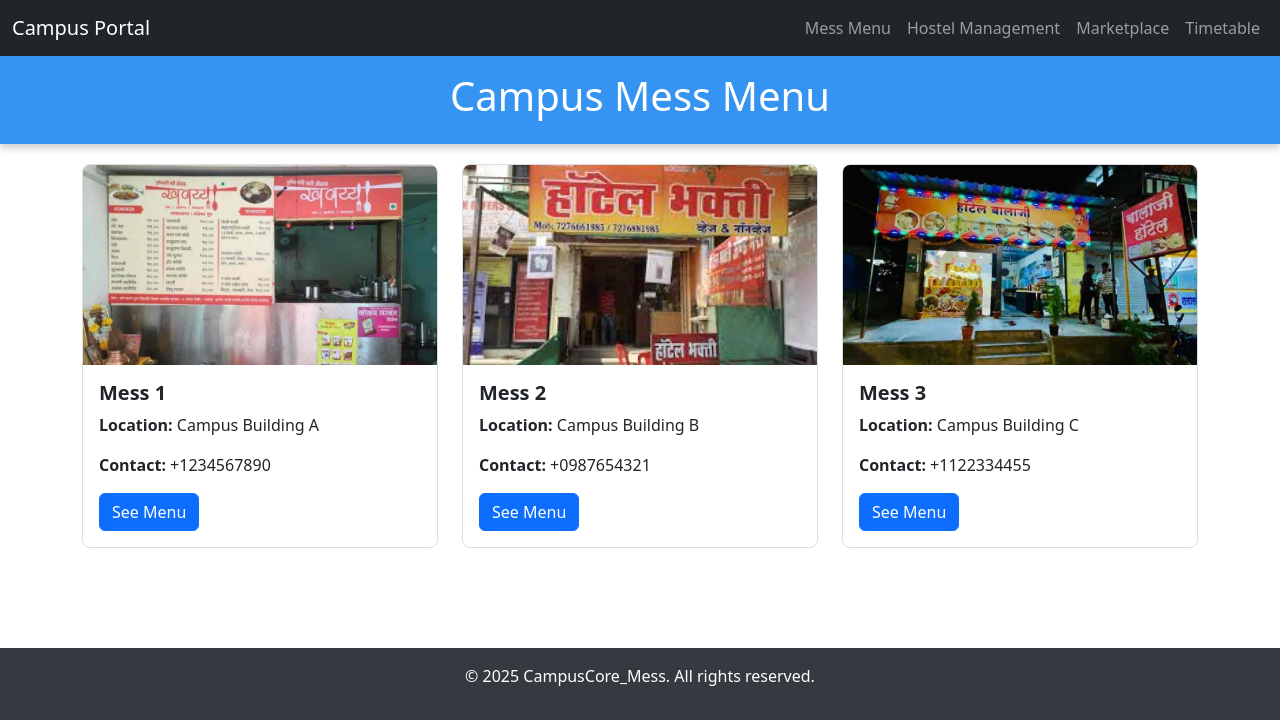
Repository: Pavanrajput123/Campus-Core
Page: http://localhost/Mess_menu
An editor plug-in stored every save of this project. The page is shown before and after the next save, followed by the edit.
The browser window is 1280 px wide. The pictures show the whole page.
The page is this project's Thymeleaf template; nobody is signed in. The template is opened directly, without the code that normally fills it, so the values that code supplies are empty.

Above is the page before, as saved 2025-04-12 07:12:49.

### student-management/src/main/resources/templates/Mess_menu.html
<!DOCTYPE html>
<html xmlns:th="http://www.thymeleaf.org" lang="en">
<head>
  <meta charset="UTF-8">
  <meta name="viewport" content="width=device-width, initial-scale=1.0">
  <title>Campus Mess Menu</title>
  <link href="https://cdn.jsdelivr.net/npm/bootstrap@5.3.0-alpha1/dist/css/bootstrap.min.css" rel="stylesheet">
  <style>
    html, body {
      height: 100%;
      margin: 0;
      display: flex;
      flex-direction: column;
    }

    main {
      flex: 1;
    }

    .mess-card {
      margin: 20px 0;
      border: 1px solid #ddd;
      border-radius: 8px;
      overflow: hidden;
    }

    .mess-card img {
      width: 100%;
      height: 200px;
      object-fit: cover;
    }

    .card-body h5 {
      font-weight: bold;
    }

    header {
      background-color: #3594f2;
      color: white;
      box-shadow: 0 4px 8px rgba(0, 0, 0, 0.2);
    }

    footer {
      background-color: #343a40;
      color: white;
      text-align: center;
      padding: 1rem;
    }
  </style>
</head>
<body>

  <!-- Navbar -->
  <nav class="navbar navbar-expand-lg navbar-dark bg-dark">
    <div class="container-fluid">
      <a class="navbar-brand" th:href="@{/dashboard}">Campus Portal</a>
      <button class="navbar-toggler" type="button" data-bs-toggle="collapse" data-bs-target="#navbarNav">
        <span class="navbar-toggler-icon"></span>
      </button>
      <div class="collapse navbar-collapse" id="navbarNav">
        <ul class="navbar-nav ms-auto">
          <li class="nav-item"><a class="nav-link" th:href="@{/mess-menu}">Mess Menu</a></li>
          <li class="nav-item"><a class="nav-link" th:href="@{/hostel}">Hostel Management</a></li>
          <li class="nav-item"><a class="nav-link" th:href="@{/marketplace}">Marketplace</a></li>
          <li class="nav-item"><a class="nav-link" th:href="@{/timetable}">Timetable</a></li>
        </ul>
      </div>
    </div>
  </nav>

  <!-- Header -->
  <header class="py-3 text-center">
    <h1>Campus Mess Menu</h1>
  </header>

  <!-- Main Content -->
  <main>
    <div class="container">
      <div class="row">

        <!-- Mess Card 1 -->
        <div class="col-md-4">
          <div class="card mess-card">
            <img th:src="@{/assets/khavayye2.jpg}" alt="Mess 1 Image">
            <div class="card-body">
              <h5 class="card-title">Mess 1</h5>
              <p class="card-text"><strong>Location:</strong> Campus Building A</p>
              <p class="card-text"><strong>Contact:</strong> +1234567890</p>
              <a th:href="@{/menu1}" class="btn btn-primary">See Menu</a>
            </div>
          </div>
        </div>

        <!-- Mess Card 2 -->
        <div class="col-md-4">
          <div class="card mess-card">
            <img th:src="@{/assets/bhakti.jpeg}" alt="Mess 2 Image">
            <div class="card-body">
              <h5 class="card-title">Mess 2</h5>
              <p class="card-text"><strong>Location:</strong> Campus Building B</p>
              <p class="card-text"><strong>Contact:</strong> +0987654321</p>
              <a th:href="@{/menu2}" class="btn btn-primary">See Menu</a>
            </div>
          </div>
        </div>

        <!-- Mess Card 3 -->
        <div class="col-md-4">
          <div class="card mess-card">
            <img th:src="@{/assets/balajimess.jpg}" alt="Mess 3 Image">
            <div class="card-body">
              <h5 class="card-title">Mess 3</h5>
              <p class="card-text"><strong>Location:</strong> Campus Building C</p>
              <p class="card-text"><strong>Contact:</strong> +1122334455</p>
              <a th:href="@{/menu3}" class="btn btn-primary">See Menu</a>
            </div>
          </div>
        </div>

      </div>
    </div>
  </main>

  <!-- Footer -->
  <footer>
    <p>&copy; 2025 CampusCore_Mess. All rights reserved.</p>
  </footer>

  <script src="https://cdn.jsdelivr.net/npm/bootstrap@5.3.0-alpha1/dist/js/bootstrap.bundle.min.js"></script>
</body>
</html>

After the next save:
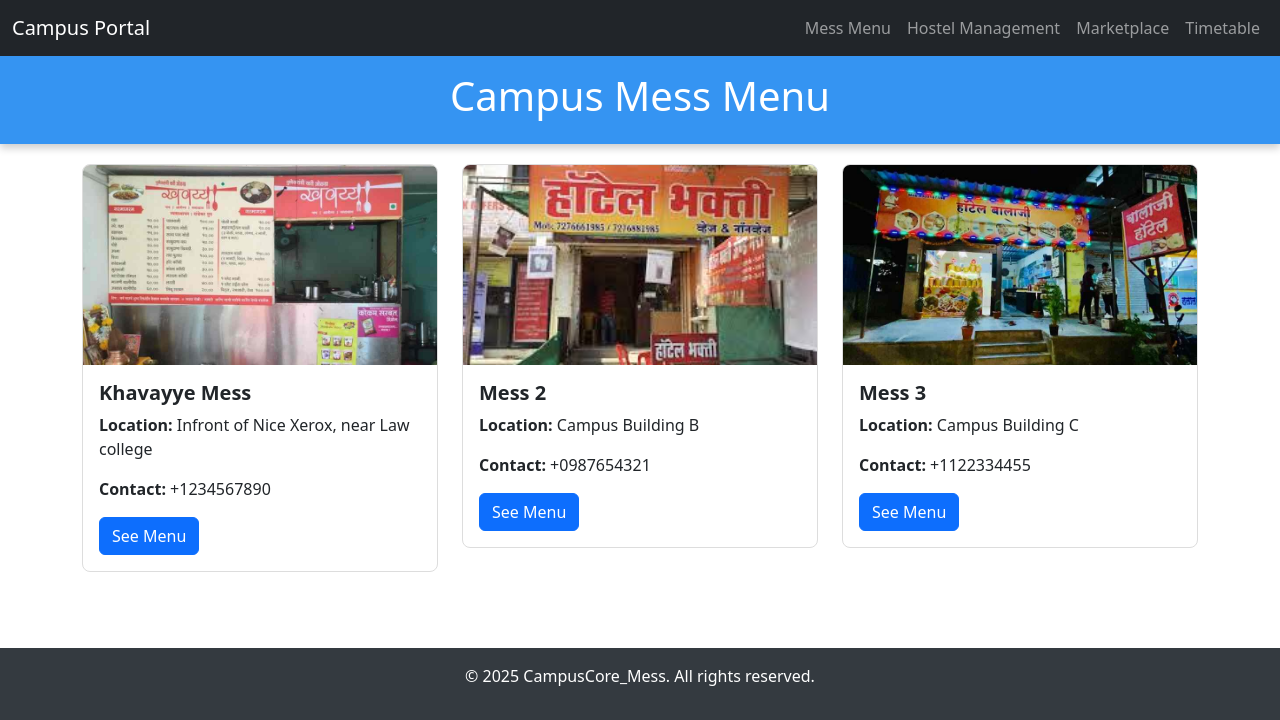
Saved 2 min 39 s later.
--- a/student-management/src/main/resources/templates/Mess_menu.html
+++ b/student-management/src/main/resources/templates/Mess_menu.html
@@ -83,8 +83,8 @@
           <div class="card mess-card">
             <img th:src="@{/assets/khavayye2.jpg}" alt="Mess 1 Image">
             <div class="card-body">
-              <h5 class="card-title">Mess 1</h5>
-              <p class="card-text"><strong>Location:</strong> Campus Building A</p>
+              <h5 class="card-title">Khavayye Mess</h5>
+              <p class="card-text"><strong>Location:</strong> Infront of Nice Xerox, near Law college</p>
               <p class="card-text"><strong>Contact:</strong> +1234567890</p>
               <a th:href="@{/menu1}" class="btn btn-primary">See Menu</a>
             </div>
